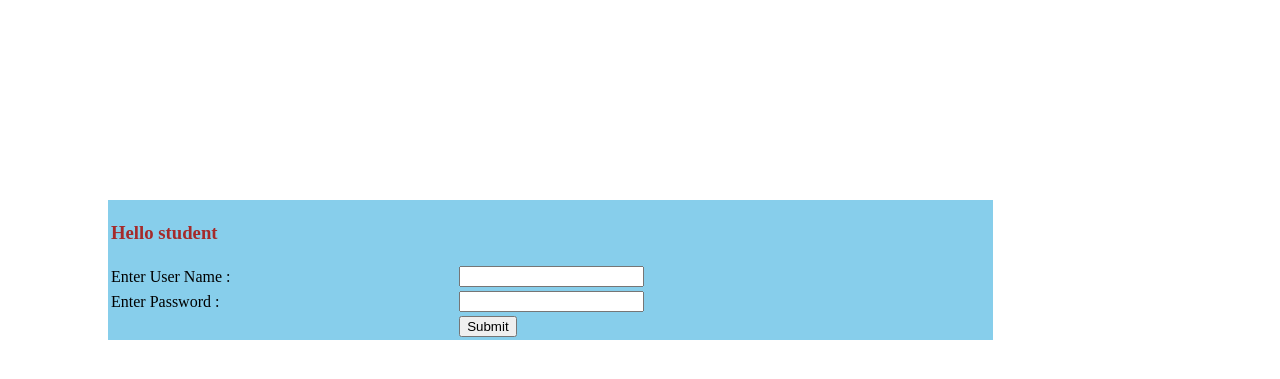
Repository: shulamitProjects/Java
Page: http://localhost/ProjectLibary/LoginTeacher.jsp
An editor plug-in stored every save of this project. The page is shown before and after the next save, followed by the edit.
The browser window is 1280 px wide. The pictures show the whole page.
The page is served by Tomcat 10. Other server files are loaded and not shown.

Above is the page before, as saved 2024-01-29 10:14:35.

### project/project_25-01/ProjectLibary/src/main/webapp/LoginTeacher.jsp
<%@ page language="java" contentType="text/html; charset=UTF-8"
	pageEncoding="UTF-8"%>

<!DOCTYPE html PUBLIC "-//W3C//DTD HTML 4.01 Transitional//EN" "http://www.w3.org/TR/html4/loose.dtd">
<html>
<head>
<meta http-equiv="Content-Type" content="text/html; charset=UTF-8">
<title>registration page</title>
</head>
<body>

	<form method="get" action="registration/controller/TeacherServlet">
		<%String type=""; %><table
			style="width: 70%; background-color: skyblue; margin-top: 200px; margin-left: 100px; margin-right: 200px;">

			<tr>
				<td>
					<h3 style="color: brown">Hello student</h3>
				</td>
			</tr>
			<tr>
				<td>Enter User Name :</td>
				<td><input type="text" name="userName"></td>
			</tr>
			<tr>
				<td>Enter Password :</td>
				<td><input type="password" name="password"></td>
			</tr>
			<tr>
			<td><input type="hidden" name="type" value="teacher" /></td>
				<td><input type="submit"  value="Submit"></td>
			</tr>
		</table>
	</form>
</body>
</html>

After the next save:
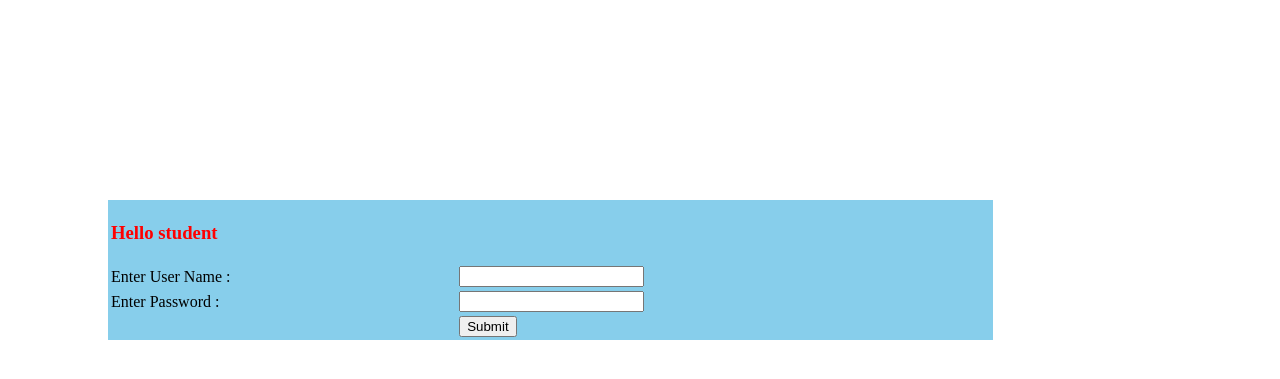
Saved 12 s later.
--- a/project/project_25-01/ProjectLibary/src/main/webapp/LoginTeacher.jsp
+++ b/project/project_25-01/ProjectLibary/src/main/webapp/LoginTeacher.jsp
@@ -15,7 +15,7 @@
 
 			<tr>
 				<td>
-					<h3 style="color: brown">Hello student</h3>
+					<h3 style="color: red">Hello student</h3>
 				</td>
 			</tr>
 			<tr>
